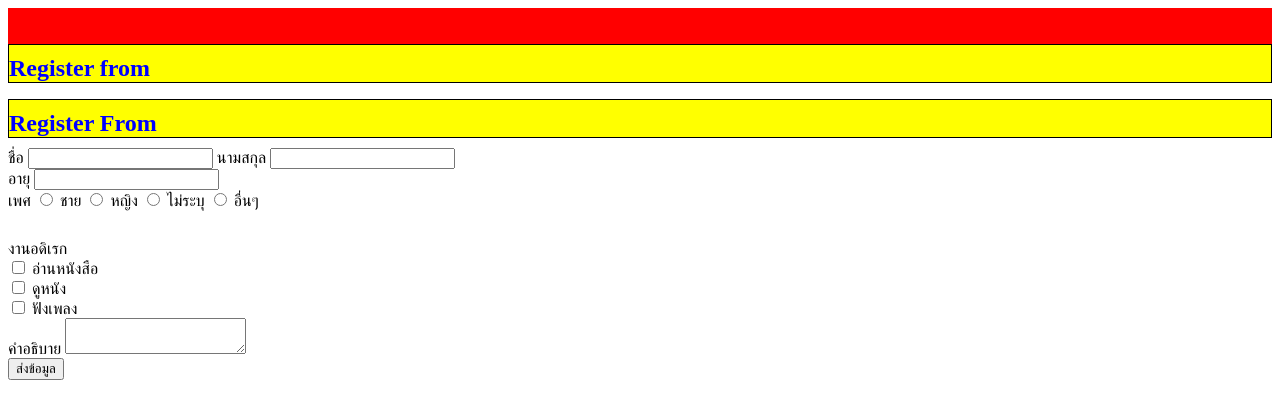
Repository: Onpreeya1/241-2567-820-
Page: index.html
The author's editor kept a copy of each file at every save. The page is drawn from the files as they stood at one save, then again after the next save.
The browser window is 1280 px wide. The pictures show the whole page.

Above is the page before, as saved 2024-12-21 15:30:54.

### index.html
<!DOCTYPE html>
<html lang="en">

<head>
    <meta charset="UTF-8">
    <meta name="viewport" content="width=device-width, initial-scale=1.0">
    <title>Document</title>
    <style>
        /*  มีไว้ให้เดฟอ่าน 1 แต่งใคร  id ,class ,dom 2แต่งอะไร*/
        body {
            font-family: "kanit";
            src: url('Kanit (1)/Kanit-Regular.ttf');
        }

        #register {
            font-size: 24px;
            color: blue;
            font-weight: 800;
            padding-top: 10px;
            margin-bottom: 10px;
            background-color: yellow;
            border: 1px solid black;
        }

        .feom {
            display: block;
        }

        .gender {
            display: inline-block;
            height: 50px;
            flex-direction: row-reverse;
        }
     .box{
        height: 5vh;
        background-color: red;
     }
    </style>
</head>

<body>
    <div class="box"></div>
    <div id="register">
        Register from
    </div>


    <!-- from -->
    <h1 id="register"> Register From</h1>
    <span class="header-from"> ชื่อ </span>
    <input type="text">
    นามสกุล
    <input type="text"> <br>
    อายุ
    <input type="number" min=" 0" max="100">
    <div>
        เพศ
        <div class="gender">
            <input name="grnder" type="radio"> ชาย
        </div>
        <div class="gender">
            <input name="grnder" type="radio"> หญิง
        </div>
        <div class="gender">
            <input name="grnder" type="radio"> ไม่ระบุ
        </div>
        <div class="gender">
            <input name="grnder" type="radio"> อื่นๆ
        </div>
        <div>
            งานอดิเรก
            <div>
                <input name="hobby" type="checkbox"> อ่านหนังสือ
            </div>
            <div>
                <input name="hobby" type="checkbox"> ดูหนัง
            </div>
            <div>
                <input name="hobby" type="checkbox"> ฟังเพลง
            </div>
        </div>
        <div>
            คำอธิบาย
            <textarea></textarea>
        </div>
        <button>ส่งข้อมูล</button>
</body>

</html>

After the next save:
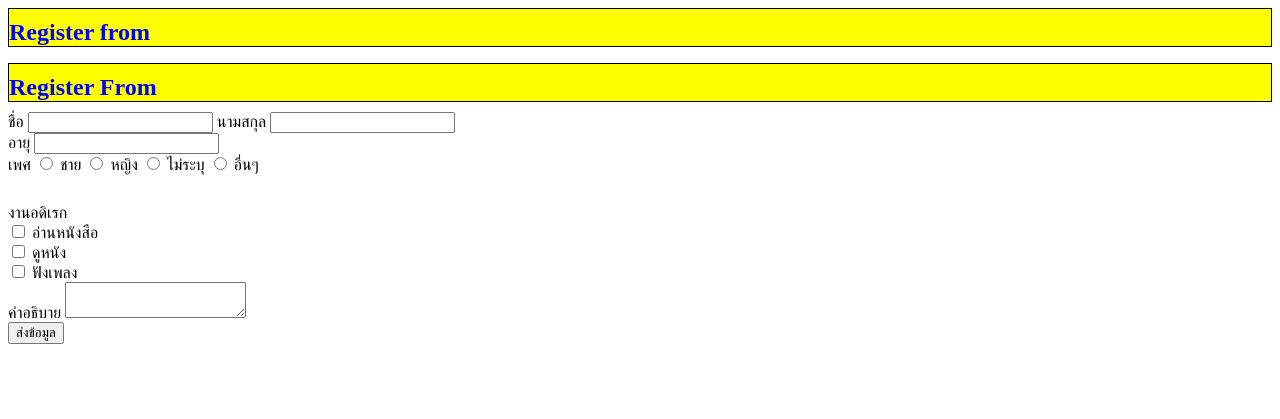
Saved 16 s later.
--- a/index.html
+++ b/index.html
@@ -39,7 +39,7 @@
 </head>
 
 <body>
-    <div class="box"></div>
+
     <div id="register">
         Register from
     </div>
